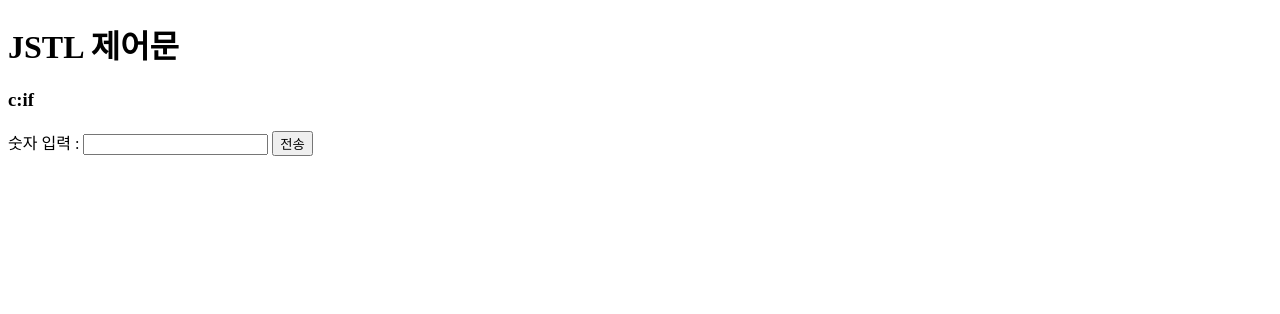
Repository: ajtwls1256/Web-workspace
Page: http://localhost/Day55-jspTag/JSTL/jsp_JSTL.jsp
These files come from the project's save history. The page is drawn as it stood at one moment and after the next save; the edit follows.
The browser window is 1280 px wide. The pictures show the whole page.
The page is served by Tomcat 9.

Above is the page before, as saved 2019-10-14 05:17:52.

After the next save:
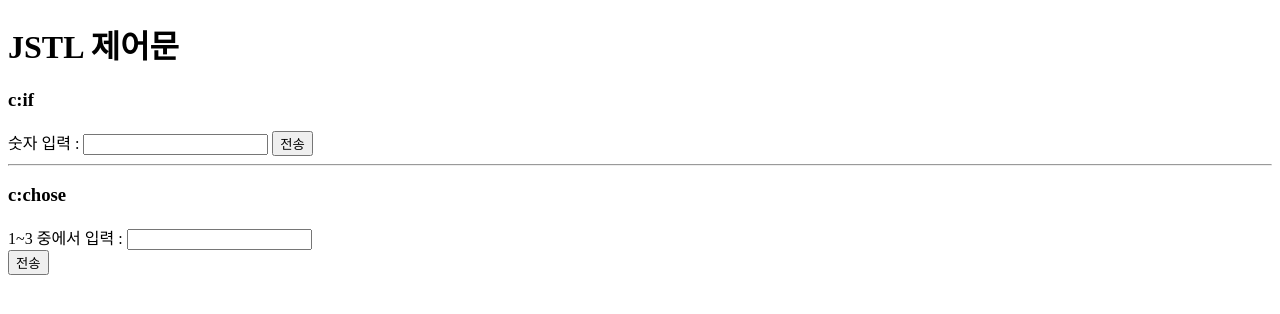
Saved 18 min 7 s later.
--- a/Day55-jspTag/WebContent/JSTL/jsp_JSTL.jsp
+++ b/Day55-jspTag/WebContent/JSTL/jsp_JSTL.jsp
@@ -14,5 +14,13 @@
 		숫자 입력 : <input type="text" name="value1">
 		<input type="submit" value="전송">
 	</form>
+
+	<hr>
+
+	<h3> c:chose </h3>
+	<form action="/jsp/JSTL/JSTL_choose.jsp">
+		1~3 중에서 입력 : <input type="text" name="value2"><br>
+		<input type="submit" value="전송">
+	</form>
 </body>
 </html>
